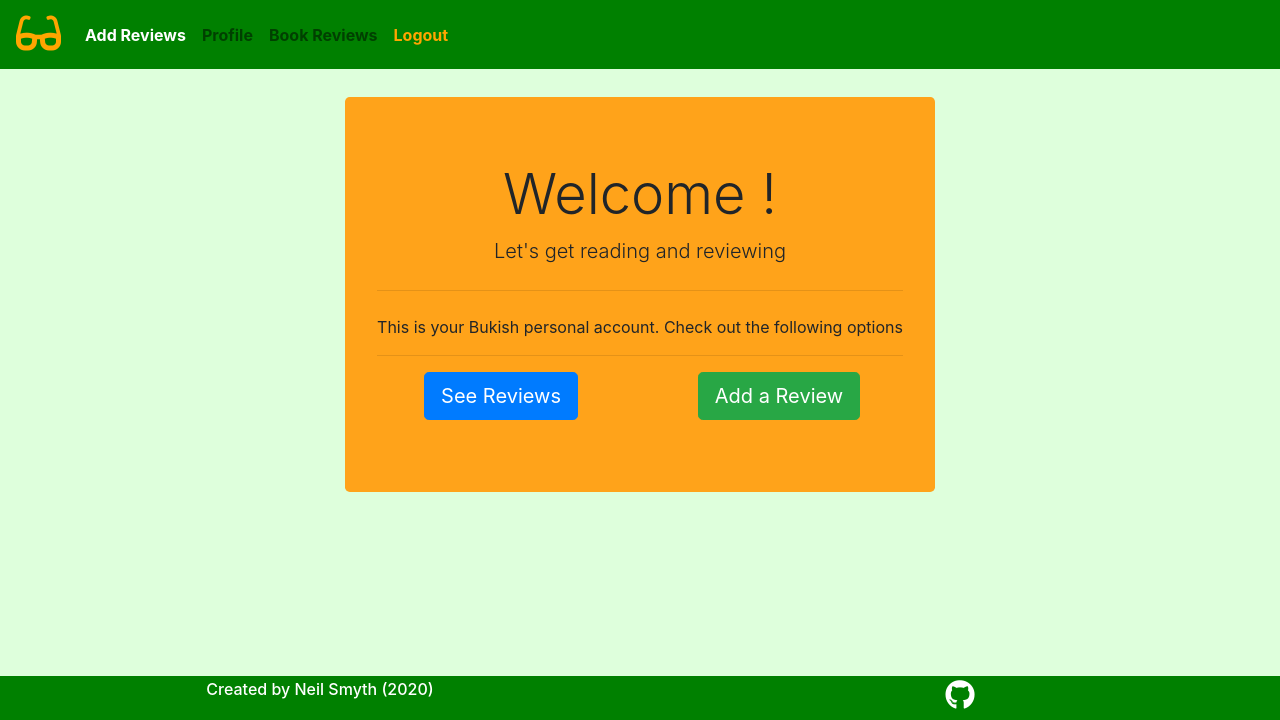
Repository: NeiloErnesto89/Data_Centric_Dev_Milestone_Project3
Page: templates/bio.html
The author's editor kept a record of every edit. The page is drawn from the files as they stood at one moment, then again after the next edit.
The browser window is 1280 px wide. The pictures show the whole page.
Some web libraries are served in a nearby version. The template is drawn by Flask 3. The application's start-up code is not run. The template is opened directly, without the code that normally fills it, so the values that code supplies are empty.

Above is the page before.

After the next edit:
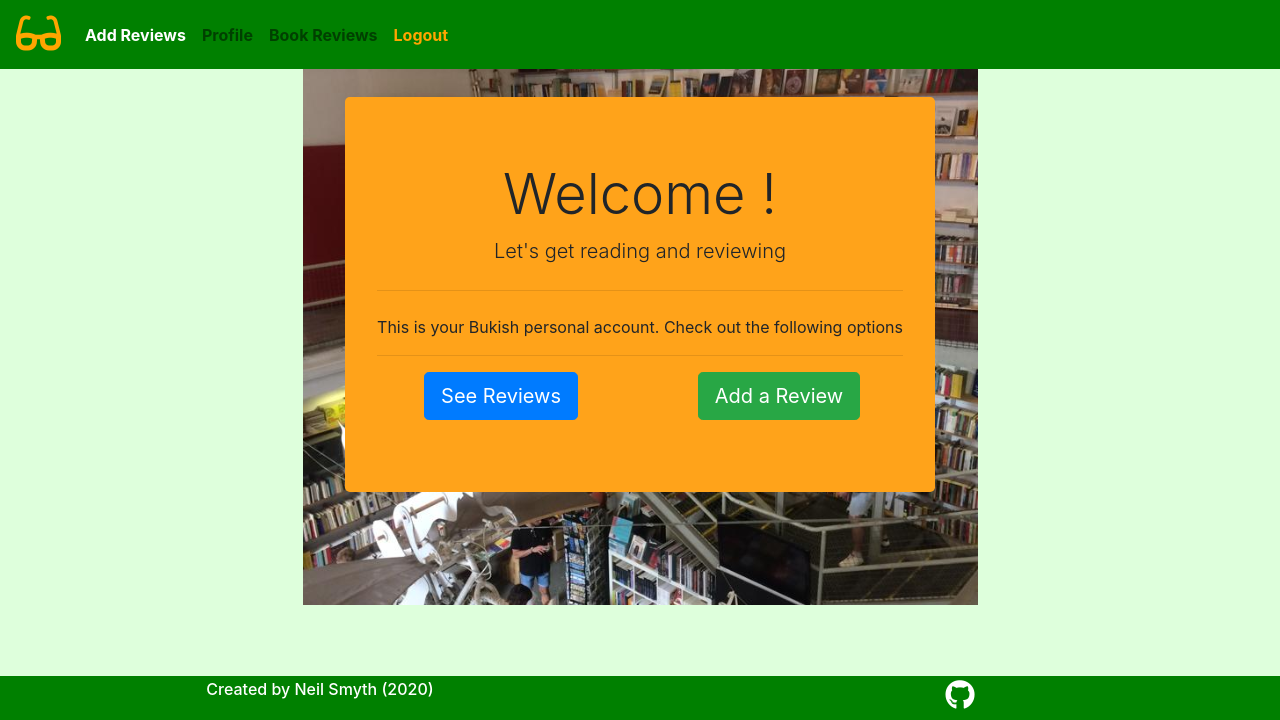
The edit:
--- a/static/css/style.css
+++ b/static/css/style.css
@@ -2,6 +2,13 @@
   background-color: #DEFFDC;
   display: flex;
   /* margin: 0; */
+}
+
+.cover-container {
+
+  background: url("../images/libs.jpg") no-repeat center center fixed;
+
+
 }
 
 /*.cover-container {

After the edit that followed:
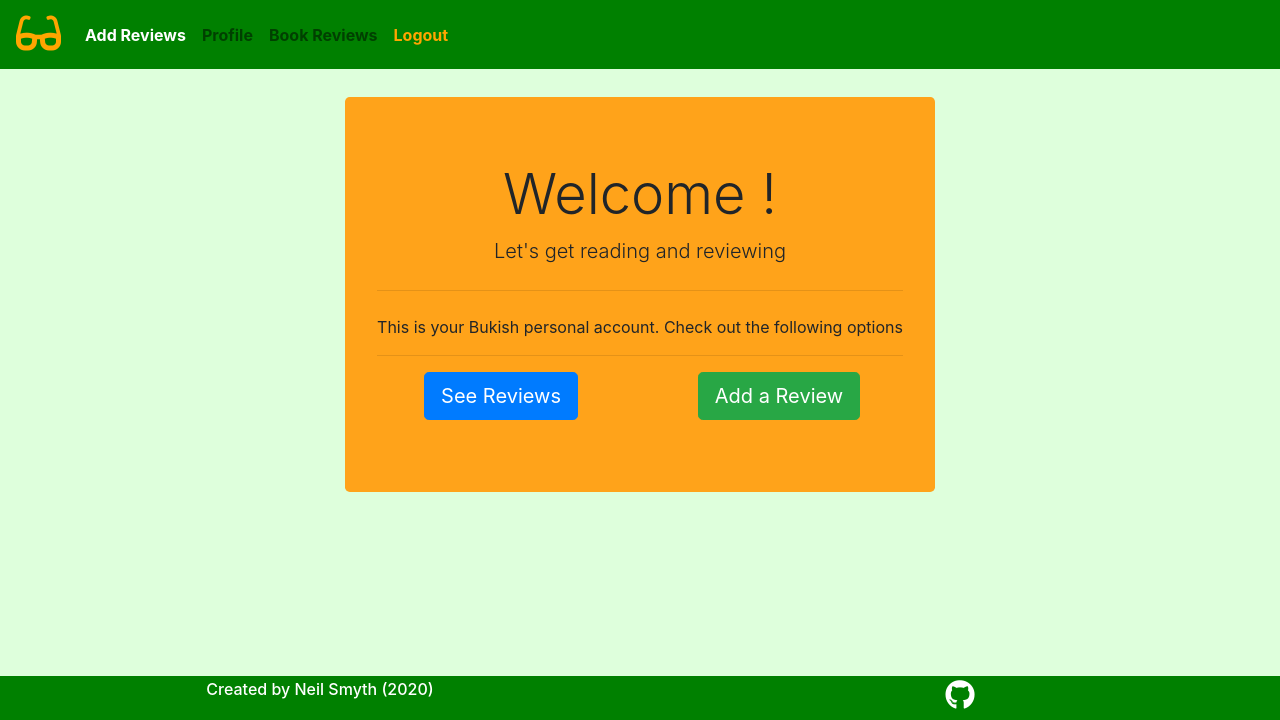
The edit:
--- a/static/css/style.css
+++ b/static/css/style.css
@@ -4,7 +4,7 @@
   /* margin: 0; */
 }
 
-.cover-container {
+.cover-container1 {
 
   background: url("../images/libs.jpg") no-repeat center center fixed;
 
